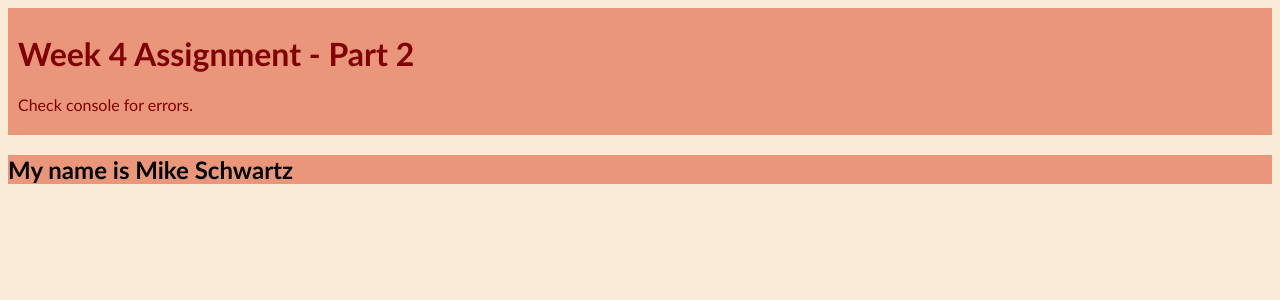
Repository: Ellusionism/prime-pw-week-4-assignment-part-2
Page: assignment/index.html
The author's editor kept a copy of each file at every save. The page is drawn from the files as they stood at one save, then again after a run of saves.
The browser window is 1280 px wide. The pictures show the whole page.

Above is the page before, as saved 2022-11-16 17:52:35.

### assignment/index.html
<!DOCTYPE html>
<meta name="viewport" content="width=device-width">
<html lang="en-US">
  <head>
    <meta charset="utf-8">
    <title>Week 4 Assignment</title>
    <link rel="stylesheet" href="stylesheet.css">
    <!-- Create and CSS file -->
  </head>
  <body>
    <header class="homepageHeader">
      <h1>Week 4 Assignment - Part 2</h1>
      <p>Check console for errors.</p>
  </header>
  <div>
    <h2 class="info"> My name is Mike Schwartz </h2>
  </div>
  </body>
</html>

### assignment/stylesheet.css
body {
 font-family:'Trebuchet MS', 'Lucida Sans Unicode', 'Lucida Grande', 'Lucida Sans', Arial, sans-serif;
 background-color:antiquewhite;
}

.homepageHeader {
 background-color:darksalmon;
 padding: 5px 10px;
 color: maroon;
}

.info {
 background-color:darksalmon;
 padding: auto;
}

After the next 2 saves:
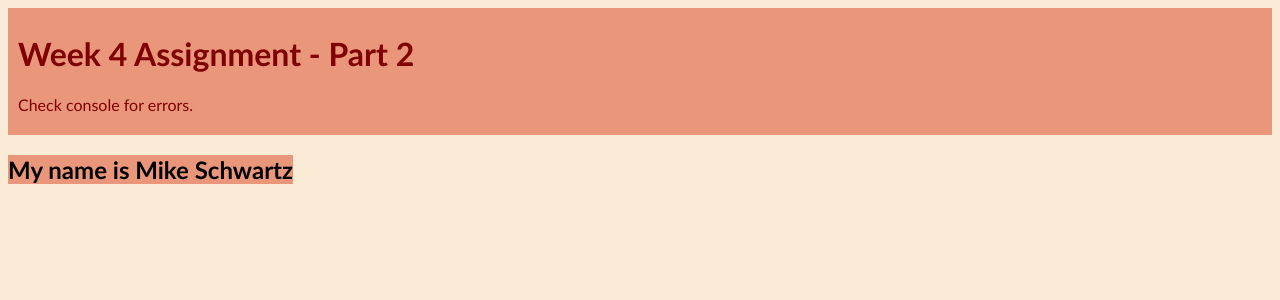
The 2 saves are shown as one change because they came seconds apart.
The last was saved 68 s later.
--- a/assignment/stylesheet.css
+++ b/assignment/stylesheet.css
@@ -12,4 +12,5 @@ body {
 .info {
  background-color:darksalmon;
  padding: auto;
+ display: inline-flex;
 }
